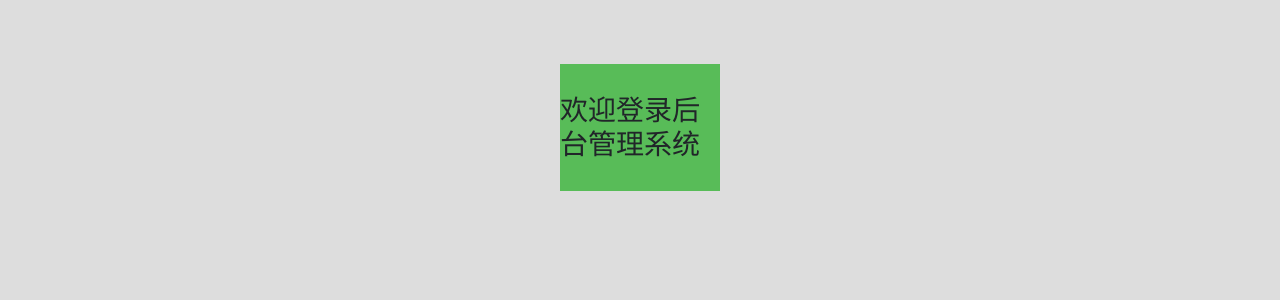
Repository: gzh51904/baiyangApp
Page: / (app in houtai/Vue-admin/)
The author's editor kept a copy of each file at every save. The page is drawn from the files as they stood at one save, then again after the next save.
The browser window is 1280 px wide. The pictures show the whole page.
The project was rebuilt for these pictures with package versions that can differ from the ones it lists, and the page was loaded fresh each time. Also part of the build but not shown: houtai/Vue-admin/vue.config.js.

Above is the page before, as saved 2019-05-10 21:22:58.

### houtai/Vue-admin/public/index.html
<!DOCTYPE html>
<html lang="en">
  <head>
    <meta charset="utf-8">
    <meta http-equiv="X-UA-Compatible" content="IE=edge">
    <meta name="viewport" content="width=device-width,initial-scale=1.0">
    <link rel="icon" href="<%= BASE_URL %>favicon.ico">
    <title>secco-admin</title>
    <style>
    html,body{
      width:100%;
      height:100%;
    }

    </style>
  </head>
  <body>

    <div id="app"></div>
    <!-- built files will be auto injected -->
  </body>
</html>

### houtai/Vue-admin/src/main.js
import Vue from 'vue'
import App from './App.vue'
import router from './router/router'
import store from './store'

import axios from "axios";
Vue.prototype.$axios = axios;

// import bootstrap lib to the project,没有路径就会直接去找node_modules
import "bootstrap";

import 'lib-flexible';
Vue.config.productionTip = false

new Vue({
  router,
  store,
  render: h => h(App)
}).$mount('#app')

### houtai/Vue-admin/src/App.vue
<template>
  <div id="app">

    <router-view/>
  </div>
</template>
<script>
export default {

}
</script>

<style>
@import  '../node_modules/bootstrap/dist/css/bootstrap.css';

#app{
  height:100%;
  width:100%;
  background-color: #ddd;
  overflow:hidden;
}
</style>

### houtai/Vue-admin/src/router/router.js
import Vue from 'vue'
import Router from 'vue-router'
import Login from '../pages/login.vue'


Vue.use(Router)

export default new Router({
  mode: 'history',
  base: process.env.BASE_URL,
  routes: [
    {
      path: '/',
      name: 'Login',
      component: Login
    },
    {
      path: '/admin',
      name: 'admin',
      meta: {
        requireAuth: true
      },
      // route level code-splitting
      // this generates a separate chunk (about.[hash].js) for this route
      // which is lazy-loaded when the route is visited.
      component: () => import(/* webpackChunkName: "about" */ '../pages/admin/admin.vue'),
      children: [
        {
          path: 'basic',
          name: 'basic',
          title: '基本表格',
          component: () => import('../pages/admin/basic')
        }
      ]
    }
  ]
})

### houtai/Vue-admin/src/store/index.js
import Vue from 'vue'
import Vuex from 'vuex'
import createPersistedState from 'vuex-persistedstate'

Vue.use(Vuex)

/* eslint-disable no-new */
const store = new Vuex.Store({
  plugins: [createPersistedState()],
  modules: {
  }
})

export default store

### houtai/Vue-admin/src/pages/login.vue
<template>
<div class="login">
    <h3>欢迎登录后台管理系统</h3>
</div>
</template>
<script>
export default {

}
</script>
<style lang="scss" scoped>
.login{
    margin: 4rem auto;
    overflow:hidden;
    width: 10rem;
    /* height:5rem; */
    background-color:#58bc58;
    h3{
        margin: 30px auto;
    }
}
</style>

After the next save:
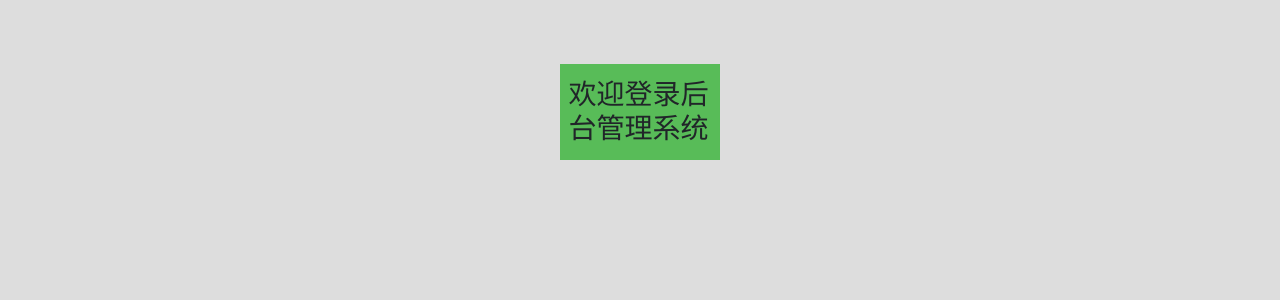
Saved 28 s later.
--- a/houtai/Vue-admin/src/pages/login.vue
+++ b/houtai/Vue-admin/src/pages/login.vue
@@ -15,8 +15,9 @@ export default {
     width: 10rem;
     /* height:5rem; */
     background-color:#58bc58;
+    padding:.266667rem .533333rem;
     h3{
-        margin: 30px auto;
+        margin: 10px auto;
     }
 }
 </style>
